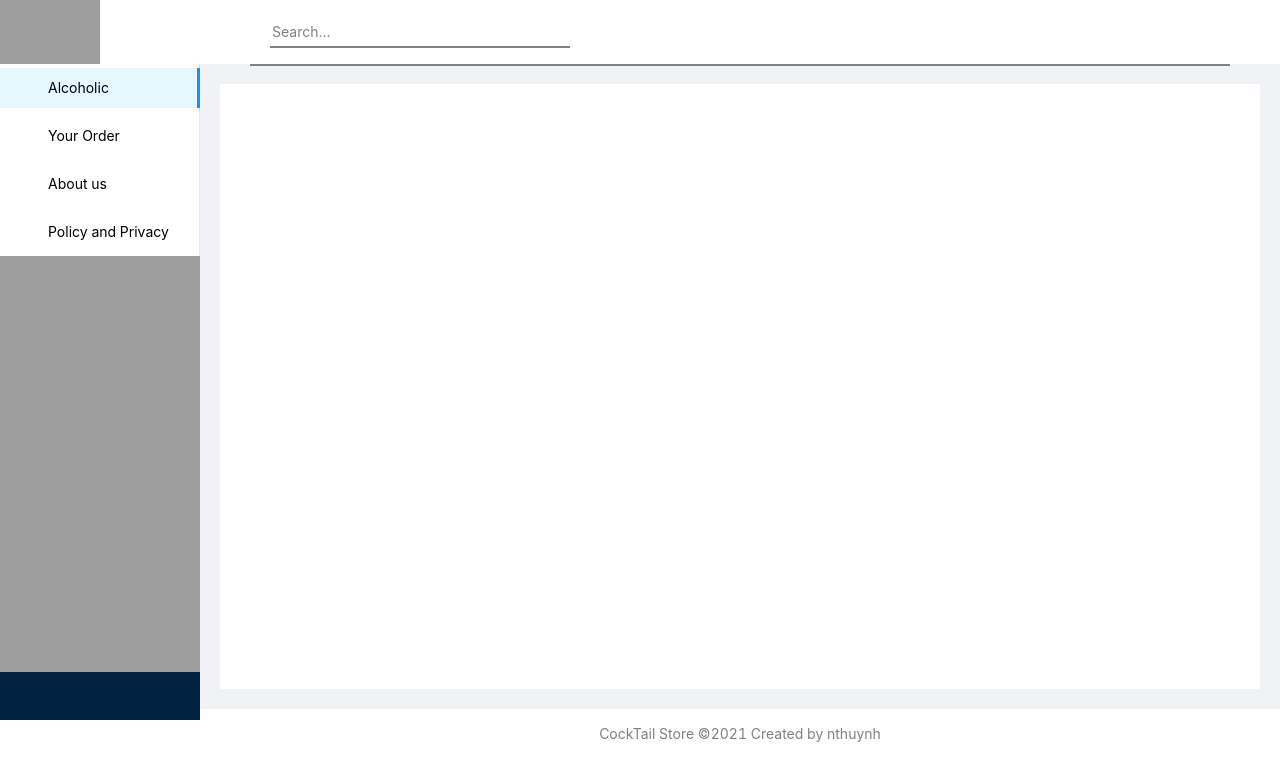
Repository: huynhnt1406/cocktail
Page: /
An editor plug-in stored every save of this project. The page is shown before and after the next save, followed by the edit.
The browser window is 1280 px wide. The pictures show the whole page.
Pictures or frames that could not be fetched are drawn as grey boxes. The page's requests for data from a server got no answer. The project was rebuilt for these pictures with package versions that can differ from the ones it lists, and the page was loaded fresh each time. No one was signed in, and anything a server would have sent is missing. Also part of the build but not shown: src/components/DetailPage.vue, src/components/Order.vue, src/components/AboutUs.vue, src/components/PolicyandPrivacy.vue.

Above is the page before, as saved 2021-05-08 01:28:24.

### public/index.html
<!DOCTYPE html>
<html lang="">
  <head>
    <meta charset="utf-8">
    <meta http-equiv="X-UA-Compatible" content="IE=edge">
    <meta name="viewport" content="width=device-width,initial-scale=1.0">
    <link rel="icon" href="<%= BASE_URL %>favicon.ico">
    <title><%= htmlWebpackPlugin.options.title %></title>
    <link rel="preconnect" href="https://fonts.gstatic.com">
    <link href="https://fonts.googleapis.com/css2?family=Poppins:ital,wght@0,200;0,300;1,400&display=swap" rel="stylesheet">
    <link rel="stylesheet" href="https://cdnjs.cloudflare.com/ajax/libs/font-awesome/4.7.0/css/font-awesome.min.css">
  </head>
  <body>
    <noscript>
      <strong>We're sorry but <%= htmlWebpackPlugin.options.title %> doesn't work properly without JavaScript enabled. Please enable it to continue.</strong>
    </noscript>
    <div id="app"></div>
    <!-- built files will be auto injected -->
  </body>
</html>

### src/main.js
import Vue from 'vue'
import App from './App.vue'
import store from './store/index'
import router from './router/index'
import 'ant-design-vue/dist/antd.css';
import Antd from 'ant-design-vue';
Vue.config.productionTip = false
Vue.use(Antd);
new Vue({
  store,
  router,
  render: h => h(App),
}).$mount('#app')

### src/App.vue
<template>
  <a-layout id="components-layout-demo-side" theme="light"  style="min-height: 100vh">
    <a-layout-sider style="background-color:white" v-model="collapsed" collapsible >
      <img style="height:64px ; width:50%" src="https://i.pinimg.com/originals/fd/3e/53/fd3e533305c578157dbaf393b76ac1ee.jpg" alt="">
      <a-menu theme="light" :default-selected-keys="['1']" mode="inline">
        <a-menu-item key="1">
          <a-icon type="menu" />
          <span><router-link class="link" to="/">Alcoholic</router-link></span>
        </a-menu-item>
        <a-menu-item key="2">
           <a-icon type="shopping-cart" />
          <span><router-link class="link"  to="/yourorder">Your Order</router-link></span>
        </a-menu-item>
           <a-menu-item key="3">
           <a-icon type="info-circle" />
          <span><router-link class="link"  to="/aboutus">About us</router-link></span>
        </a-menu-item>
           <a-menu-item key="4">
           <a-icon type="safety-certificate" />
          <span><router-link class="link"  to="/policyandprivacy">Policy and Privacy</router-link></span>
        </a-menu-item>
      </a-menu>
      <img style="height:62% ; width:100%" src="https://www.gobourbon.com/wp-content/uploads/2019/03/EFCCF7C6-0A6F-4658-83B6-877007B0A1AC-751x1024.jpeg" alt="">
    </a-layout-sider>
    <a-layout>
      <a-layout-header :style="{background: '#fff'}" >
        <SearchBar/>
      </a-layout-header>
      <a-layout-content>
        <div class="cocktail-lists" :style="{margin:'20px' , background: '#fff', minHeight: '360px' }">
          <router-view/>
        </div>
      </a-layout-content>
      <a-layout-footer class="footer" style="text-align: center" :style="{padding:'2vh',color:'gray' ,background: 'white',textAlign:'center'}">
        CockTail Store ©2021 Created by nthuynh
      </a-layout-footer>
    </a-layout>
  </a-layout>
</template>
<script>
import SearchBar from './components/SearchBar'
export default {
  data() {
    return {
      collapsed: false,
    };
  },
  components:{
    SearchBar
  }
};
</script>

<style>
#components-layout-demo-side .logo {
  height: 32px;
  background: rgba(255, 255, 255, 0.2);
  margin: 16px;
}
#components-layout-demo-side{
  background-color: red;
}
.cocktail-lists{
  overflow-y: scroll;
  height:84vh;
}
.footer{
  background-color: white;
}
.link{
  color:black;
}
.link:focus{
  color:gray;
}
</style>

### src/store/index.js
import Vue from 'vue'
import Vuex from 'vuex'
import cocktail from './modules/cocktail'
Vue.use(Vuex)
export default new Vuex.Store({
    modules:{
        cocktail
    }
})

### src/router/index.js
import Vue from 'vue'
import VueRouter from 'vue-router'
import CockTail from '../components/CockTail'
import DetailPage from '../components/DetailPage'
import Order from '../components/Order'
import AboutUs  from '../components/AboutUs'
import PolicyandPrivacy from '../components/PolicyandPrivacy'
const routes = [
    {
        path:'/',
        name:'CockTail',
        component:CockTail
    },
    {
        path:'/detailpage/:id',
        name:'DetailPage',
        component:DetailPage,
        props:true
    },
    {
        path:'/yourorder',
        name:'Order',
        component:Order,
    },
    {
        path:'/aboutus',
        name:'AboutUs',
        component:AboutUs,
    },
    {
        path:'/policyandprivacy',
        name:'PolicyandPrivacy',
        component:PolicyandPrivacy,
    },
]
Vue.use(VueRouter)

export default new VueRouter({
    routes,
    mode:'history'
})

### src/components/SearchBar.vue
<template>
  <div class="searchbar">
    <div class="search-tool">
        <input type="text" placeholder="Search..." >
    </div>
  </div>
</template>

<script>
export default {
}
</script>

<style>
.searchbar{
    display: flex;
    justify-content: space-between;
    align-items: center;
    padding-left:10px;
    padding-right: 10px;
    border-left:none;
    border-right: none;
    border-top:none;
    border-bottom: 2px solid gray;
}
.search-tool input{
    height: 30px;
    width: 300px;
    background-color: transparent;
    border-left:none;
    border-right: none;
    border-top:none;
    border-bottom: 2px solid gray;
    margin-left: 10px;
    outline: none;
    color:gray;
}
::placeholder{
  color:gray;
}
.search-tool input:focus{
    border-bottom: 2px solid green;
}
</style>

### src/store/modules/cocktail.js
import axios from 'axios'

const state = {
    cocktailLists: [],
    cart:[]
}
const getters = {
    allCocktails : state => state.cocktailLists,
    allItems : state => state.cart
}
const actions = {
    async fetchCocktail({commit}){
        const res = await axios.get(`https://www.thecocktaildb.com/api/json/v1/1/search.php?f=b`)
        commit('getCocktail', res.data.drinks)
        console.log(res.data.drinks)
    },
    addProductToCart({commit}, {product, quantity}){
        commit('ADD_TO_CART', {product,quantity})
    },
    deleteItem({commit}, index) {
        commit('removeItem', index)
    }
}

const mutations = {
    getCocktail : (state, cocktailLists) => state.cocktailLists = cocktailLists,
    ADD_TO_CART : (state, {product,quantity}) => {
        state.cart.push({
            product,
            quantity
        })
    },
    removeItem: (state, index) => state.cart.filter(item => item.index !== index)
}

export default {
    state,getters,actions,mutations
}

### src/components/CockTail.vue
<template >
    <div class="homepage">
        <div class="cocktail-list">
            <div class="singlecocktail" v-for="cocktail in allCocktails" :key="cocktail.id">
                <div class="each-cocktail">
                    <div class="cocktail-img">
                        <img :src="cocktail.strDrinkThumb" :alt="cocktail.idDrink">
                    </div>
                    <div class="cocktail-detail">
                        <h3>🍹 {{cocktail.strDrink}}</h3>
                        <div class="action">
                            <a-button  type="secondary">
                                <i class="fa fa-money" aria-hidden="true"> {{money}}</i>
                            </a-button>
                            <a-button type="primary" >
                                <router-link :to="{name:'DetailPage', params:{id:cocktail.idDrink}}">Detail</router-link>
                            </a-button>
                        </div>
                    </div>
                </div>
            </div>
        </div>
    </div>
</template>
<script>
import {mapGetters, mapActions} from 'vuex'

export default {
    name:'Cocktail',
    data(){
        return{
            money:20,
        }
    },
    computed: mapGetters(["allCocktails"]),
    created(){
        this.fetchCocktail()
    },
    methods:{
        ...mapActions(["fetchCocktail"]),
        randomMoney(){
            this.money = this.money + Math.trunc(Math.random() * 100)
            console.log(this.money)
        },
    },
    mounted(){
        this.randomMoney()
    }
}
</script>
<style >
.homepage{
    font-family: "Poppins",sans-serif;
    background:white;
    color:white;
    background-color: #f5f5f3;
}
.singlecocktail img{
    height: 150px;
    width: 150px;
}
.singlecocktail {
    height: fit-content;
    width: 150px;
    margin:20px;
}
.cocktail-list{
    display: flex;
    flex-wrap: wrap;
    justify-content: center;
}
.action{
    display: flex;
    justify-content: space-between;
    align-items: center;
}
.cocktail-detail h3{
    color:gray;
}
</style>

After the next save:
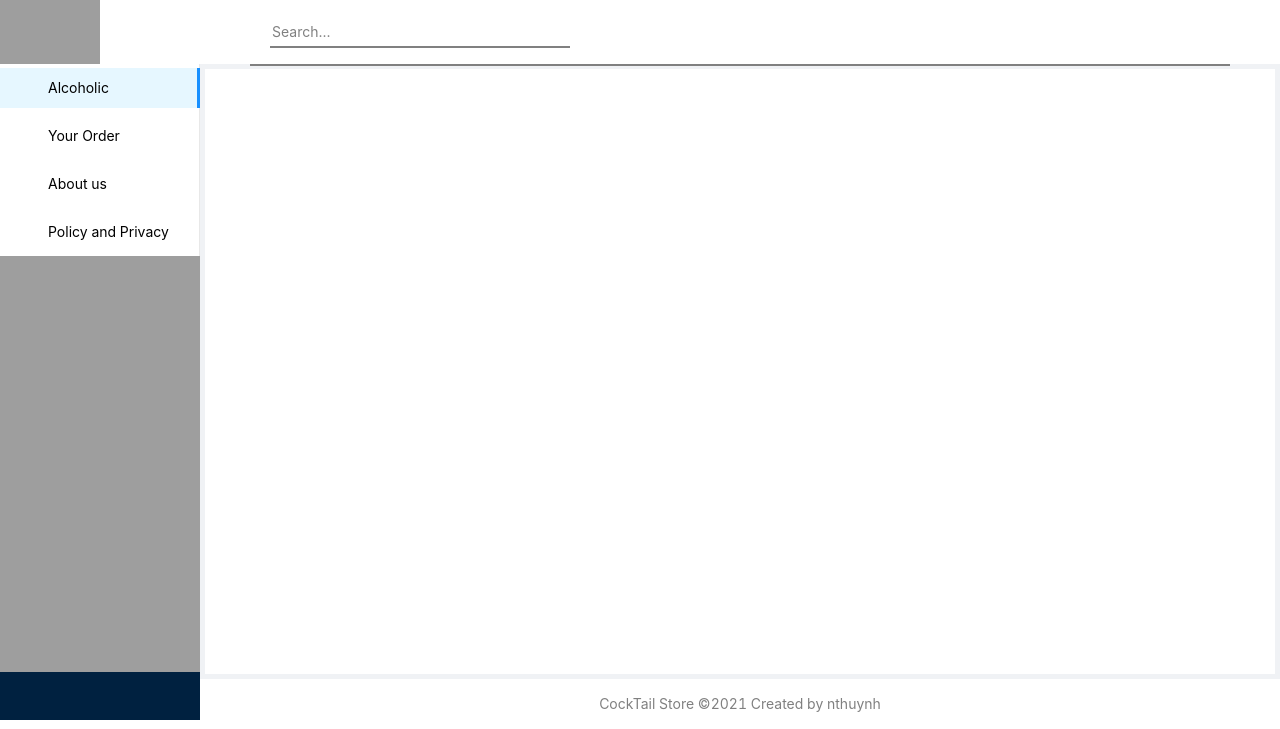
Saved 8 s later.
--- a/src/App.vue
+++ b/src/App.vue
@@ -27,7 +27,7 @@
         <SearchBar/>
       </a-layout-header>
       <a-layout-content>
-        <div class="cocktail-lists" :style="{margin:'20px' , background: '#fff', minHeight: '360px' }">
+        <div class="cocktail-lists" :style="{margin:'5px' , background: '#fff', minHeight: '360px' }">
           <router-view/>
         </div>
       </a-layout-content>
